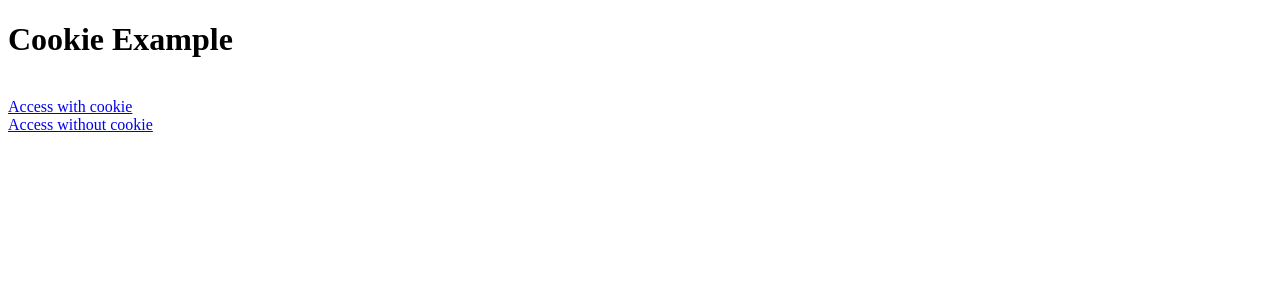
Repository: kajol-thakur5/backend_proj
Page: cookieex/WebContent/index.html
These files come from the project's save history. The page is drawn as it stood at one moment and after the next save; the edit follows.
The browser window is 1280 px wide. The pictures show the whole page.

Above is the page before, as saved 2023-02-01 10:41:12.

After the next save:
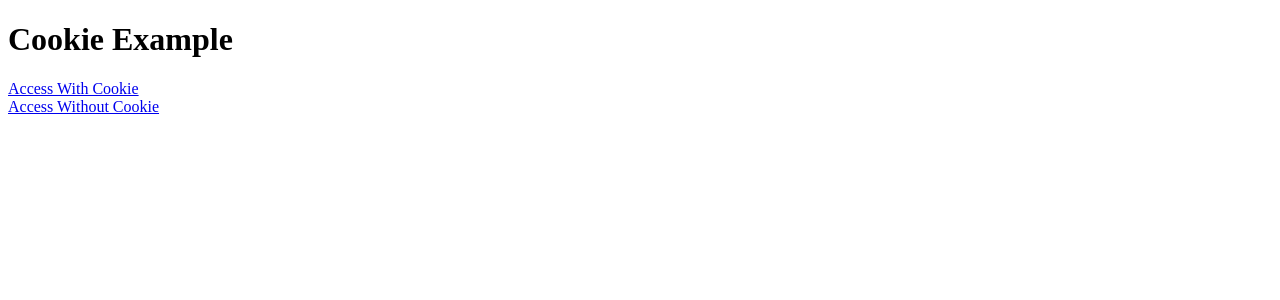
Saved 14 min 36 s later.
--- a/cookieex/WebContent/index.html
+++ b/cookieex/WebContent/index.html
@@ -5,11 +5,12 @@
 <title>Insert title here</title>
 </head>
 <body>
+<h1>Cookie Example</h1>
 
-<h1>Cookie Example</h1><br>
 
-<a href="login?userid=kavya">Access with cookie</a><br>
+<a href="login?userid=nikunj">Access With Cookie</a><br>
 
-<a href="dashboard">Access without cookie</a><br>
+
+<a href="dashboard">Access Without Cookie</a><br>
 </body>
 </html>
